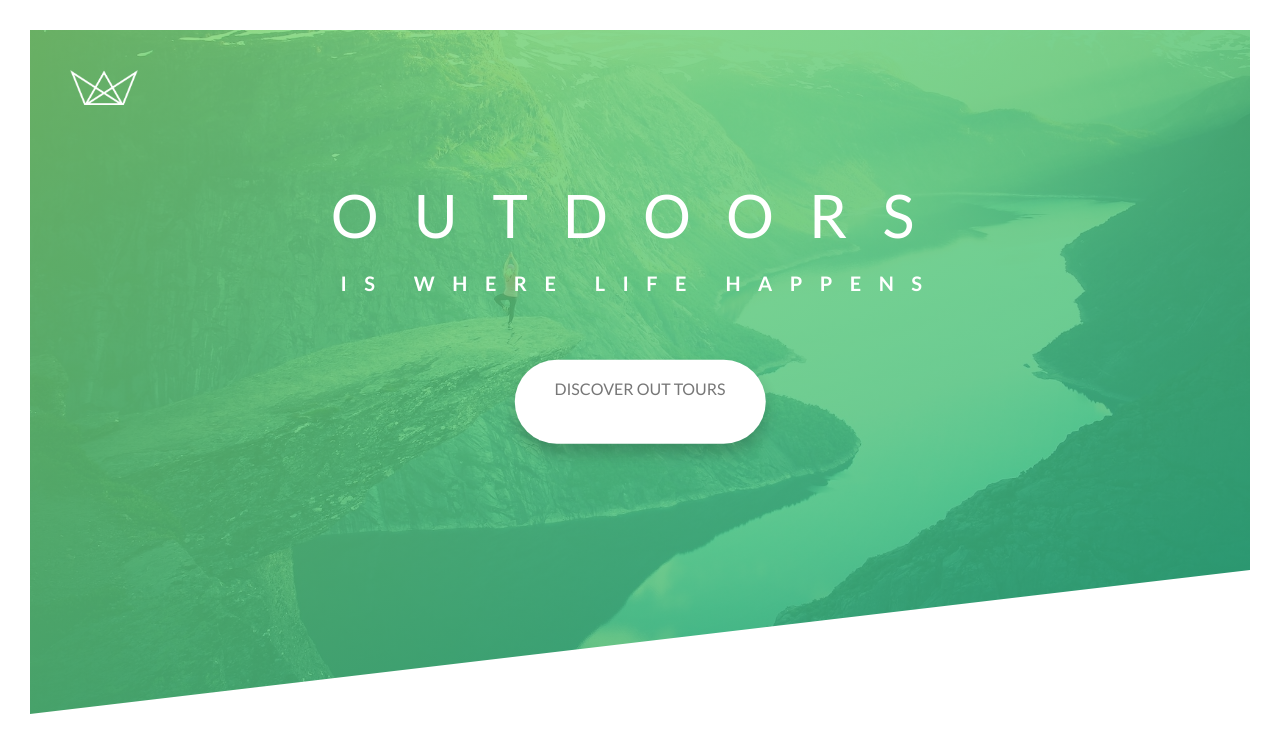
Repository: kamilluc/advanced-css-course
Page: Natours/my-implementation/index.html
These files come from the project's save history. The page is drawn as it stood at one moment and after the next save; the edit follows.
The browser window is 1280 px wide. The pictures show the whole page.

Above is the page before, as saved 2019-05-24 23:41:03.

### Natours/my-implementation/index.html
<!DOCTYPE html>
<html lang="en">
  <head>
    <meta charset="UTF-8" />
    <meta name="viewport" content="width=device-width, initial-scale=1.0" />

    <link
      href="https://fonts.googleapis.com/css?family=Lato:100,300,400,700,900"
      rel="stylesheet"
    />

    <link rel="stylesheet" href="css/icon-font.css" />
    <link rel="stylesheet" href="css/style.css" />
    <link rel="shortcut icon" type="image/png" href="img/favicon.png" />

    <title>Natours | Exciting tours for adventurous people</title>
  </head>
  <body>
    <!-- HEADER -->
    <header class="header">
      <div class="logo-box">
        <img src="img/logo-white.png" alt="logo" class="logo" />
      </div>
      <div class="text-box">
        <h1 class="heading-primary">
          <span class="heading-primary-main">Outdoors</span>
          <span class="heading-primary-sub">is where life happens</span>
        </h1>
        <a href="#" class="btn btn-white">Discover out tours</a>
      </div>
    </header>
  </body>
</html>

### Natours/my-implementation/css/style.css
/*
COLORS:

Light green: #7ed56f
Medium green: #55c57a
Dark green: #28b485

*/

/* BASIC RESET, NORMALIZE COULD BE USED BUT NOT REALLY NEEDED */
*,
::before,
::after {
  margin: 0;
  padding: 0;
  box-sizing: border-box;
}

/* FONTS SETTING HERE, NOT IN * CUZ THEY ARE INHERITED */
body {
  font-family: "Lato", sans-serif;
  font-weight: 400;
  font-size: 16px;
  line-height: 1.7;
  color: #777;
  padding: 30px;
}

.header {
  height: 95vh;
  background-image: linear-gradient(
      to right bottom,
      rgba(126, 213, 111, 0.8),
      rgba(40, 180, 131, 0.8)
    ),
    url("../img/hero.jpg");
  background-size: cover;
  background-position: top;
  clip-path: polygon(0 0, 100% 0, 100% 75vh, 0 100%);
  /* AA 4CHROME */
  -webkit-backface-visibility: hidden;
  position: relative;
}

.logo-box {
  position: absolute;
  top: 40px;
  left: 40px;
}

.logo {
  height: 35px;
}

.text-box {
  position: absolute;
  top: 40%;
  left: 50%;
  transform: translate(-50%, -50%);
  text-align: center;
}

.heading-primary {
  color: white;
  text-transform: uppercase;
  /* FIX TO ANIMATION, WITH IT OBJECT DOESN'T MOVE TO TOP AT THE END OF ANIMATION, PROBABLY NO LONGER NEED AS TODAY */
  /* backface-visibility: hidden; */
  margin-bottom: 60px;
}

.heading-primary-main {
  display: block;
  font-size: 60px;
  font-weight: 400;
  letter-spacing: 35px;
  animation: moveInLeft 1s 0.3s;
}

.heading-primary-sub {
  display: block;
  font-size: 20px;
  font-weight: 700;
  letter-spacing: 17.5px;
  animation: moveInRight 1.2s 0.3s;
}

@keyframes moveInLeft {
  0% {
    opacity: 0;
    transform: translateX(-100px);
  }
  75% {
    transform: translateX(10px);
  }
  100% {
    opacity: 1;
    transform: translate(0);
  }
}
@keyframes moveInRight {
  0% {
    opacity: 0;
    transform: translateX(100px);
  }
  75% {
    transform: translateX(-10px);
  }
  100% {
    opacity: 1;
    transform: translate(0);
  }
}

.btn:link,
.btn:visited {
  text-transform: uppercase;
  text-decoration: none;
  padding: 15px 40px;
  display: inline-block;
  border-radius: 100px;
  box-shadow: 0 10px 15px rgba(0, 0, 0, 0.2);

  transition: all 0.08s;
}

.btn:hover {
  box-shadow: 0 10px 18px rgba(0, 0, 0, 0.26);
}

.btn:active {
  transform: translateY(2px);
  box-shadow: 0 10px 10px rgba(0, 0, 0, 0.2);
}

.btn-white {
  background-color: white;
  color: #777;
}

.btn::after {
  content: "";
  display: inline-block;
  height: 100%;
  width: 100%;
  border-radius: 100px;
}
.btn-white::after {
  background-color: white;
}

Loaded but not shown: Natours/my-implementation/css/icon-font.css (no copy from this time; the picture is the same without it)

After the next save:
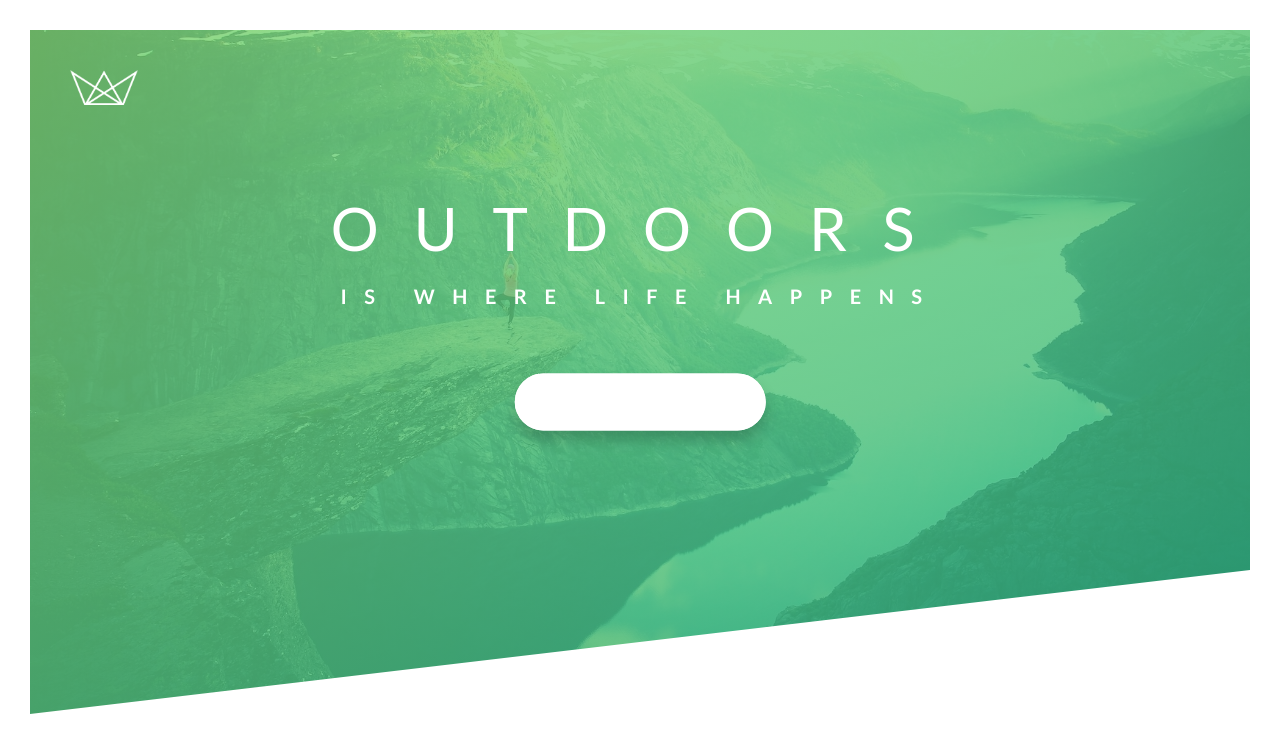
Saved 50 s later.
--- a/Natours/my-implementation/css/style.css
+++ b/Natours/my-implementation/css/style.css
@@ -119,8 +119,8 @@ body {
   display: inline-block;
   border-radius: 100px;
   box-shadow: 0 10px 15px rgba(0, 0, 0, 0.2);
-
   transition: all 0.08s;
+  position: relative;
 }
 
 .btn:hover {
@@ -143,6 +143,9 @@ body {
   height: 100%;
   width: 100%;
   border-radius: 100px;
+  position: absolute;
+  top: 0;
+  left: 0;
 }
 .btn-white::after {
   background-color: white;
